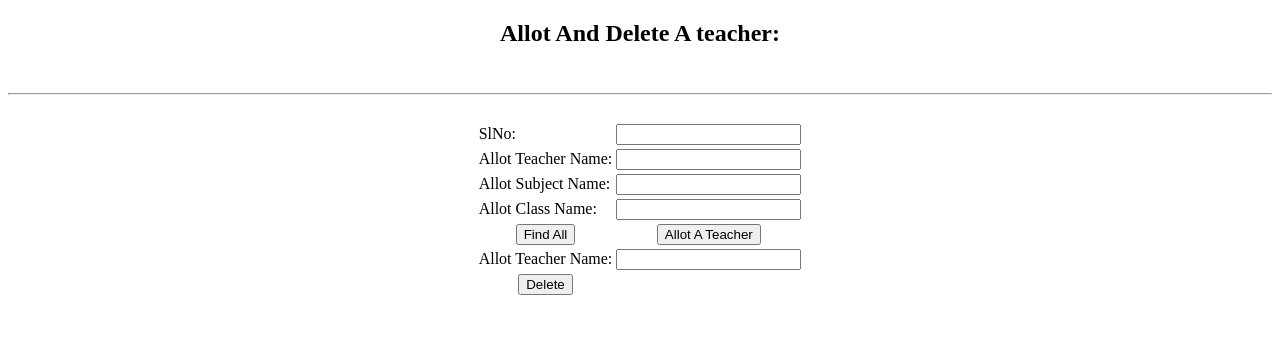
Repository: mdzeyan/JavaFSD-phase2-project
Page: Learners_Academy/src/main/webapp/AllotTeacher.html
These files come from the project's save history. The page is drawn as it stood at one moment and after the next save; the edit follows.
The browser window is 1280 px wide. The pictures show the whole page.

Above is the page before, as saved 2022-04-01 06:36:17.

After the next save:
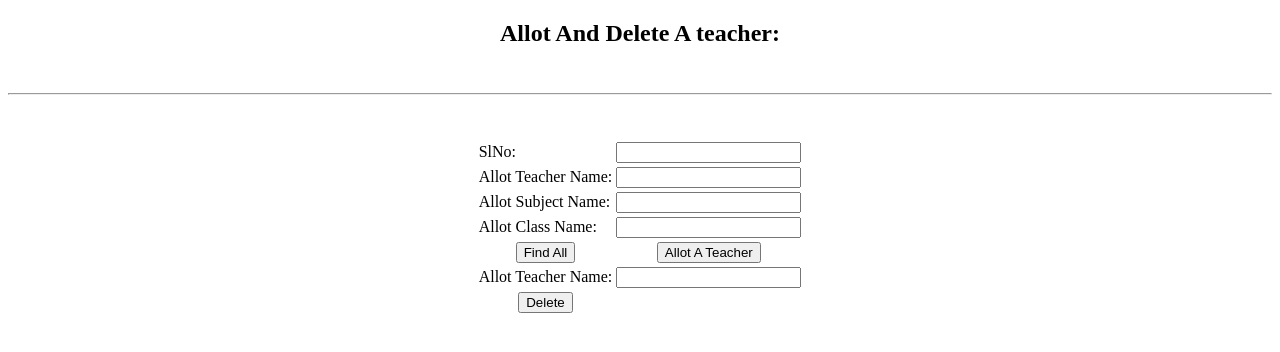
Saved 56 s later.
--- a/Learners_Academy/src/main/webapp/AllotTeacher.html
+++ b/Learners_Academy/src/main/webapp/AllotTeacher.html
@@ -35,7 +35,7 @@
 			<td align="center"><input type="submit" value="Find All" name="button"></td>
 			<td align="center"><input type="submit" value="Allot A Teacher" name="button"></td>
 		</tr>
-
+		<br><r>
 		<tr>
 			<td>Allot Teacher Name:</td>
 			<td><input type="text" name="allocatedTeacher"></td>

After the 2 saves that followed:
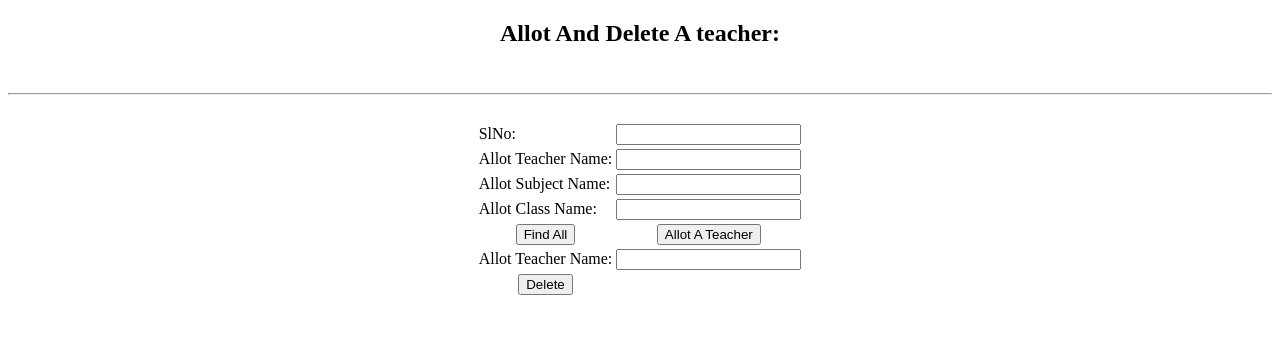
The 2 saves are shown as one change because 1 left the picture as it was.
The last was saved 2 min 15 s later.
--- a/Learners_Academy/src/main/webapp/AllotTeacher.html
+++ b/Learners_Academy/src/main/webapp/AllotTeacher.html
@@ -35,7 +35,7 @@
 			<td align="center"><input type="submit" value="Find All" name="button"></td>
 			<td align="center"><input type="submit" value="Allot A Teacher" name="button"></td>
 		</tr>
-		<br><r>
+
 		<tr>
 			<td>Allot Teacher Name:</td>
 			<td><input type="text" name="allocatedTeacher"></td>
